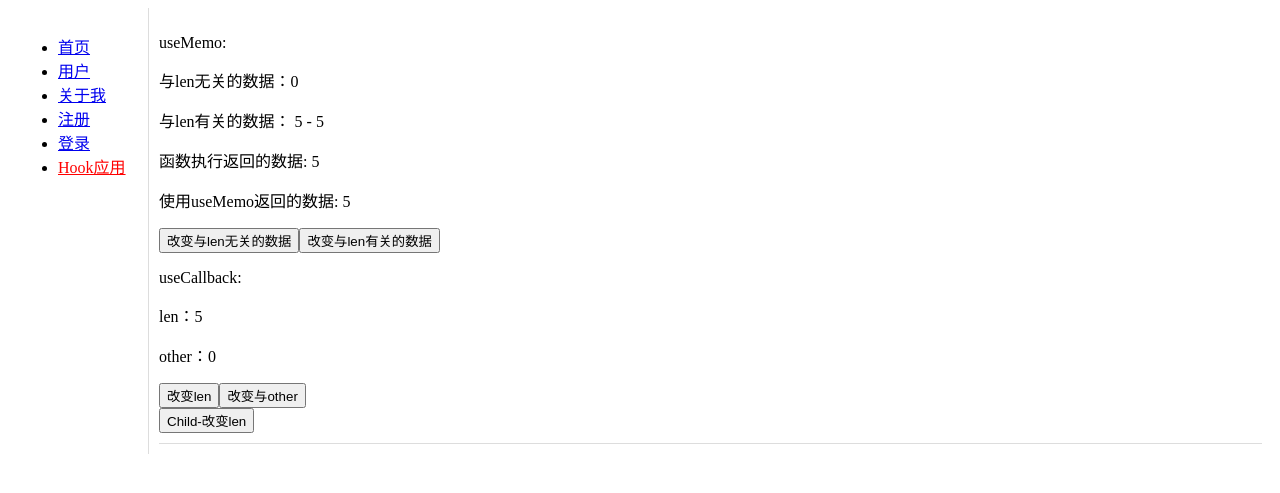
Repository: shellingfordly/js-library-Demo
Page: /hook (app in demo/react/demo/)
An editor plug-in stored every save of this project. The page is shown before and after the next save, followed by the edit.
The browser window is 1280 px wide. The pictures show the whole page.
The project was rebuilt for these pictures with package versions that can differ from the ones it lists, and the page was loaded fresh each time. Also part of the build but not shown: demo/react/demo/src/views/home/components/UseReducer.js, demo/react/demo/src/views/home/components/SetTimeout.js, demo/react/demo/src/views/home/hook/context.js, demo/react/demo/src/views/home/components/context/useContext.js, demo/react/demo/src/views/home/components/context/contextType.js, demo/react/demo/src/views/home/components/context/consumer.js, demo/react/demo/src/views/home/utils/highComponent.js, demo/react/demo/src/views/home/Home.js and 12 more.

Above is the page before, as saved 2021-01-18 08:34:38.

After the next save:
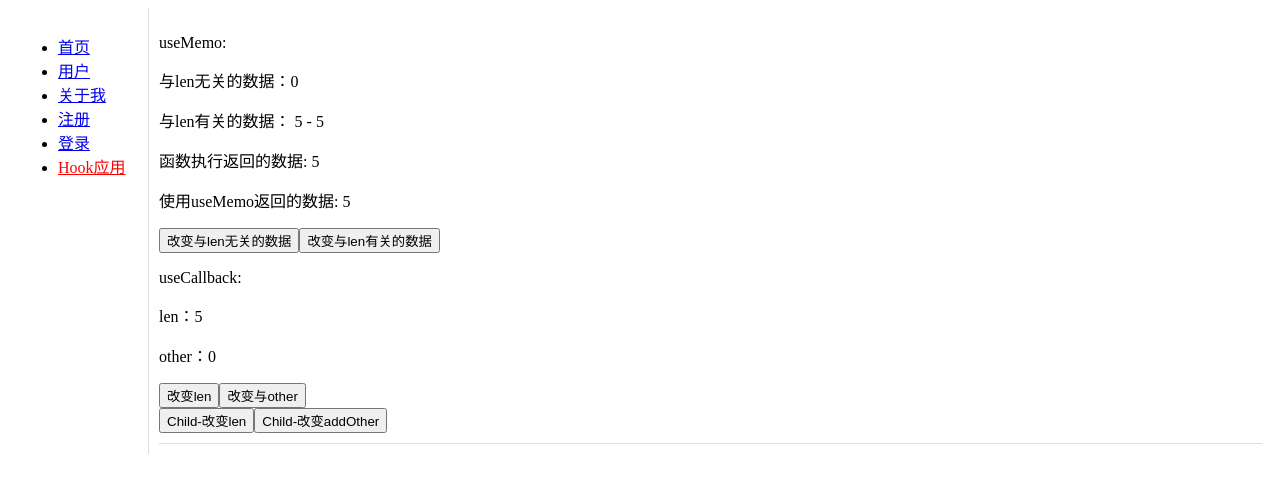
Saved 53 s later.
--- a/demo/react/demo/src/views/HookComponent/components/useCallback.js
+++ b/demo/react/demo/src/views/HookComponent/components/useCallback.js
@@ -1,4 +1,4 @@
-import {  useState } from 'react'
+import {  useCallback, useState } from 'react'
 
 export default function UseCallbackComponent() {
   let [len, setLen] = useState(5)
@@ -8,23 +8,28 @@ export default function UseCallbackComponent() {
     setLen(len++)
   }
 
+  const addOther = useCallback(()=>{
+    setOther(other++)
+  })
+
   return (
     <div>
       <p>len：{len} </p>
       <p>other：{other} </p>
       <button onClick={addLen}>改变len</button>
       <button onClick={() => { setOther(len++) }}>改变与other</button>
-      <Child addLen={addLen} />
+      <Child addLen={addLen} addOther={addOther} />
     </div>
   )
 }
 
 function Child(props){
   console.log("child");
-  const {addLen} = props
+  const {addLen,addOther} = props
   return (
     <div>
       <button onClick={addLen}>Child-改变len</button>
+      <button onClick={addLen}>Child-改变addOther</button>
     </div>
   )
 }
